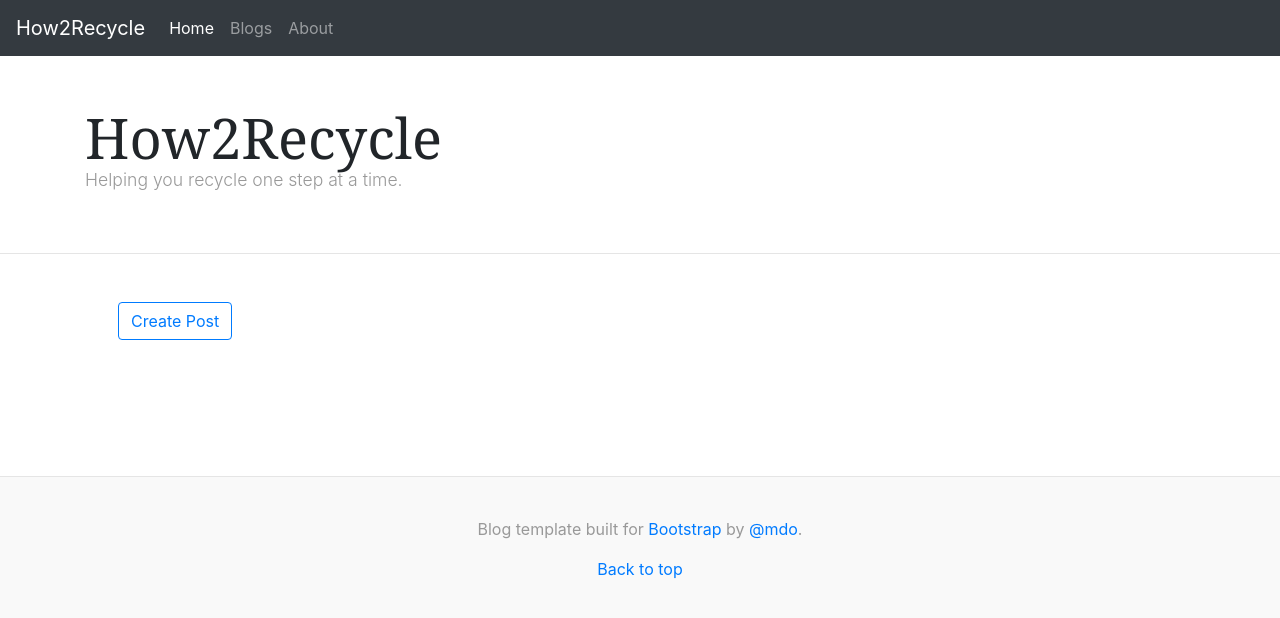
Repository: AshokSasi/CopyNPasta-Recycle-App
Page: http://localhost/posts/index
An editor plug-in stored every save of this project. The page is shown before and after the next save, followed by the edit.
The browser window is 1280 px wide. The pictures show the whole page.
The page is served by the project's Laravel application, run on PHP 8.4 with Laravel 8. Other server files are loaded and not shown. Queries for data that is not in the repository find no rows.

Above is the page before, as saved 2021-09-25 15:13:20.

### routes/web.php
<?php


Route::get('/','ItemsController@index');

Route::get('/home/{item}','ItemsController@show');

Route::get('/posts/index','PostsController@index');

Route::get('/posts/create','PostsController@create');

Route::post('/posts','PostsController@store');


Route::get('/posts/{post}','PostsController@show');

Route::post('/posts/{post}/comments','CommentsController@store');

### app/Http/Controllers/PostsController.php
<?php

namespace App\Http\Controllers;

use Illuminate\Http\Request;

use App\Post;

class PostsController extends Controller
{
    public function index()
    {
        $posts = Post::latest()->get();

        return view('posts.index',compact('posts'));
    }

    public function show(Post $post)
    {

        return view('posts.show',compact('post'));
    }

    public function create()
    {
        return view('posts.create');
    }

    public function store()
    {


        //Validate requires data
        $this->validate(request(),[
            'title' => 'required',
            'body' => 'required'
        ]);

        //create
        Post::create(request(['title','body']));

        //And redirect to home page
        return redirect('/');
    }
}

### app/Post.php
<?php

namespace App;


class Post extends Model
{
    public function comments()
    {
        return $this->hasMany(Comment::class);


    }

    public function addComment($body)
    {

       //add a comment to a post
        $this->comments()->create(compact('body'));

    }


}

### app/Model.php
<?php

namespace App;

use Illuminate\Database\Eloquent\Model as Eloquent;

class Model extends Eloquent
{

    protected $guarded = [];
}

### resources/views/posts/index.blade.php
@extends('layouts.master')

@section('content')



        <div class="col-md-8 blog-main">

          <a class="btn btn-outline-primary text-center" href="/posts/create">Create Post</a>
          <br/>
          <br/>

          @foreach ($posts as $post)

             @include('posts.post')

          @endforeach


          <nav class="blog-pagination">

          </nav>

        </div><!-- /.blog-main -->



      <!-- /.row -->

   <!-- /.container -->



@endsection

### resources/views/layouts/master.blade.php

<!doctype html>
<html lang="en">
  <head>
    <meta charset="utf-8">
    <meta name="viewport" content="width=device-width, initial-scale=1, shrink-to-fit=no">
    <meta name="description" content="">
    <meta name="author" content="">
    <link rel="icon" href="/docs/4.0/assets/img/favicons/favicon.ico">

    <title>The Bootstrap Blog</title>

    <link rel="canonical" href="https://getbootstrap.com/docs/4.0/examples/album/">

    <!-- Bootstrap core CSS -->
    <link rel="stylesheet" href="https://maxcdn.bootstrapcdn.com/bootstrap/4.0.0/css/bootstrap.min.css"
    integrity="sha384-Gn5384xqQ1aoWXA+058RXPxPg6fy4IWvTNh0E263XmFcJlSAwiGgFAW/dAiS6JXm" crossorigin="anonymous">

    <!-- Custom styles for this template -->
    <link href="/css/app.css" rel="stylesheet">
  </head>

  <body>

    <header>


    @include('layouts.nav')


    </header>

<div class="container p-3 p-md-5">
  <div class="row">
    @yield('content')

  </div>

</div>
@include('layouts.footer')

    <!-- Bootstrap core JavaScript
    ================================================== -->
    <!-- Placed at the end of the document so the pages load faster -->

  </body>
</html>

### resources/views/layouts/nav.blade.php
<nav class="navbar navbar-expand-lg navbar-dark bg-dark">
  <a class="navbar-brand" href="/">How2Recycle</a>
  <button class="navbar-toggler" type="button" data-toggle="collapse" data-target="#navbarSupportedContent" aria-controls="navbarSupportedContent" aria-expanded="false" aria-label="Toggle navigation">
    <span class="navbar-toggler-icon"></span>
  </button>

  <div class="collapse navbar-collapse" id="navbarSupportedContent">
    <ul class="navbar-nav mr-auto">
      <li class="nav-item active">
        <a class="nav-link" href="/">Home <span class="sr-only">(current)</span></a>
      </li>
      <li class="nav-item">
        <a class="nav-link" href="/posts/index">Blogs</a>
      </li>
      <li class="nav-item">
        <a class="nav-link" href="#">About</a>
      </li>


    </ul>

  </div>
</nav>

<div class="blog-header p-3 p-md-5">
  <div class="container">
    <h1 class="blog-title">How2Recycle</h1>
    <p class="lead blog-description">Helping you recycle one step at a time.</p>
  </div>
</div>

### resources/views/layouts/footer.blade.php
<footer class="blog-footer">
  <p>Blog template built for <a href="https://getbootstrap.com/">Bootstrap</a> by <a href="https://twitter.com/mdo">@mdo</a>.</p>
  <p>
    <a href="#">Back to top</a>
  </p>
</footer>

### public/css/app.css
/* stylelint-disable selector-list-comma-newline-after */

.blog-header {
    line-height: 1;
    border-bottom: 1px solid #e5e5e5;
  }

  .blog-header-logo {
    font-family: "Playfair Display", Georgia, "Times New Roman", serif;
    font-size: 2.25rem;
  }

  .blog-header-logo:hover {
    text-decoration: none;
  }

  h1,
  h2,
  h3,
  h4,
  h5,
  h6 {
    font-family: "Playfair Display", Georgia, "Times New Roman", serif;
  }

  .display-4 {
    font-size: 2.5rem;
  }

  @media (min-width: 768px) {
    .display-4 {
      font-size: 3rem;
    }
  }

  .nav-scroller {
    position: relative;
    z-index: 2;
    height: 2.75rem;
    overflow-y: hidden;
  }

  .nav-scroller .nav {
    display: -webkit-box;
    display: -ms-flexbox;
    display: flex;
    -ms-flex-wrap: nowrap;
    flex-wrap: nowrap;
    padding-bottom: 1rem;
    margin-top: -1px;
    overflow-x: auto;
    text-align: center;
    white-space: nowrap;
    -webkit-overflow-scrolling: touch;
  }

  .nav-scroller .nav-link {
    padding-top: .75rem;
    padding-bottom: .75rem;
    font-size: .875rem;
  }

  .card-img-right {
    height: 100%;
    border-radius: 0 3px 3px 0;
  }

  .flex-auto {
    -ms-flex: 0 0 auto;
    -webkit-box-flex: 0;
    flex: 0 0 auto;
  }

  .h-250 {
    height: 250px;
  }

  @media (min-width: 768px) {
    .h-md-250 {
      height: 250px;
    }
  }

  .border-top {
    border-top: 1px solid #e5e5e5;
  }

  .border-bottom {
    border-bottom: 1px solid #e5e5e5;
  }

  .box-shadow {
    -webkit-box-shadow: 0 0.25rem 0.75rem rgba(0, 0, 0, 0.05);
            box-shadow: 0 0.25rem 0.75rem rgba(0, 0, 0, 0.05);
  }

  /*
     * Blog name and description
     */

  .blog-title {
    margin-bottom: 0;
    font-size: 2rem;
    font-weight: 400;
  }

  .blog-description {
    font-size: 1.1rem;
    color: #999;
  }

  @media (min-width: 40em) {
    .blog-title {
      font-size: 3.5rem;
    }
  }

  /* Pagination */

  .blog-pagination {
    margin-bottom: 4rem;
  }

  .blog-pagination > .btn {
    border-radius: 2rem;
  }

  /*
     * Blog posts
     */

  .blog-post {
    margin-bottom: 4rem;
  }

  .blog-post-title {
    margin-bottom: .25rem;
    font-size: 2.5rem;
  }

  .blog-post-meta {
    margin-bottom: 1.25rem;
    color: #999;
  }

  /*
     * Footer
     */

  .blog-footer {
    padding: 2.5rem 0;
    color: #999;
    text-align: center;
    background-color: #f9f9f9;
    border-top: .05rem solid #e5e5e5;
  }

  .blog-footer p:last-child {
    margin-bottom: 0;
  }

/* stylelint-disable selector-list-comma-newline-after */

.blog-header {
    line-height: 1;
    border-bottom: 1px solid #e5e5e5;
  }

  .blog-header-logo {
    font-family: "Playfair Display", Georgia, "Times New Roman", serif;
    font-size: 2.25rem;
  }

  .blog-header-logo:hover {
    text-decoration: none;
  }

  h1,
  h2,
  h3,
  h4,
  h5,
  h6 {
    font-family: "Playfair Display", Georgia, "Times New Roman", serif;
  }

  .display-4 {
    font-size: 2.5rem;
  }

  @media (min-width: 768px) {
    .display-4 {
      font-size: 3rem;
    }
  }

  .nav-scroller {
    position: relative;
    z-index: 2;
    height: 2.75rem;
    overflow-y: hidden;
  }

  .nav-scroller .nav {
    display: -webkit-box;
    display: -ms-flexbox;
    display: flex;
    -ms-flex-wrap: nowrap;
    flex-wrap: nowrap;
    padding-bottom: 1rem;
    margin-top: -1px;
    overflow-x: auto;
    text-align: center;
    white-space: nowrap;
    -webkit-overflow-scrolling: touch;
  }

  .nav-scroller .nav-link {
    padding-top: .75rem;
    padding-bottom: .75rem;
    font-size: .875rem;
  }

  .card-img-right {
    height: 100%;
    border-radius: 0 3px 3px 0;
  }

  .flex-auto {
    -ms-flex: 0 0 auto;
    -webkit-box-flex: 0;
    flex: 0 0 auto;
  }

  .h-250 {
    height: 250px;
  }

  @media (min-width: 768px) {
    .h-md-250 {
      height: 250px;
    }
  }

  .border-top {
    border-top: 1px solid #e5e5e5;
  }

  .border-bottom {
    border-bottom: 1px solid #e5e5e5;
  }

  .box-shadow {
    -webkit-box-shadow: 0 0.25rem 0.75rem rgba(0, 0, 0, 0.05);
            box-shadow: 0 0.25rem 0.75rem rgba(0, 0, 0, 0.05);
  }

  /*
     * Blog name and description
     */

  .blog-title {
    margin-bottom: 0;
    font-size: 2rem;
    font-weight: 400;
  }

  .blog-description {
    font-size: 1.1rem;
    color: #999;
  }

  @media (min-width: 40em) {
    .blog-title {
      font-size: 3.5rem;
    }
  }

  /* Pagination */

  .blog-pagination {
    margin-bottom: 4rem;
  }

  .blog-pagination > .btn {
    border-radius: 2rem;
  }

  /*
     * Blog posts
     */

  .blog-post {
    margin-bottom: 4rem;
  }

  .blog-post-title {
    margin-bottom: .25rem;
    font-size: 2.5rem;
  }

  .blog-post-meta {
    margin-bottom: 1.25rem;
    color: #999;
  }

  /*
     * Footer
     */

  .blog-footer {
    padding: 2.5rem 0;
    color: #999;
    text-align: center;
    background-color: #f9f9f9;
    border-top: .05rem solid #e5e5e5;
  }

  .blog-footer p:last-child {
    margin-bottom: 0;
  }
  .red-text{
    color:red;
  }

  /* ============================================================================================== */

Loaded but not shown: app/Http/Controllers/Controller.php (common file)

After the next save:
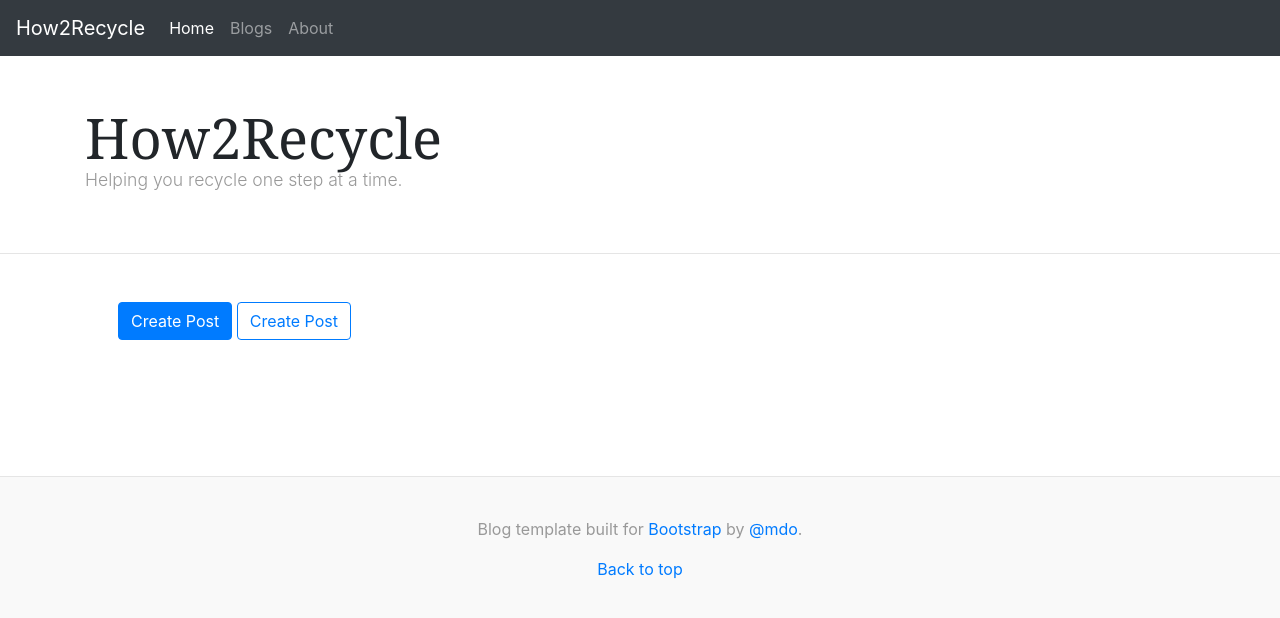
Saved 110 s later.
--- a/resources/views/posts/index.blade.php
+++ b/resources/views/posts/index.blade.php
@@ -6,7 +6,11 @@
 
         <div class="col-md-8 blog-main">
 
-          <a class="btn btn-outline-primary text-center" href="/posts/create">Create Post</a>
+          <div>
+
+          </div>
+          <button class="btn btn-primary">Create Post</button>
+          <a class="btn btn-outline-primary" href="/posts/create">Create Post</a>
           <br/>
           <br/>
 
